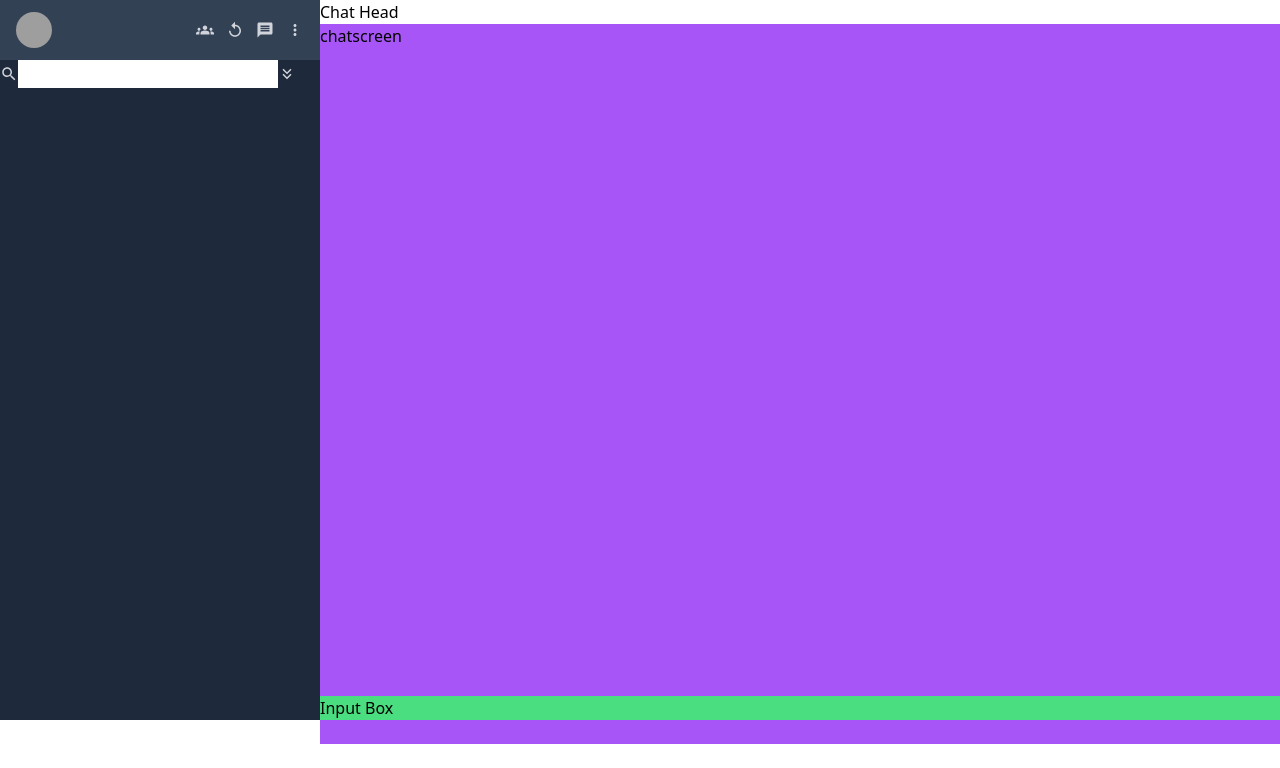
Repository: theanmol-raj/whatsapp
Page: /
These files come from the project's save history. The page is drawn as it stood at one moment and after the next save; the edit follows.
The browser window is 1280 px wide. The pictures show the whole page.
Pictures or frames that could not be fetched are drawn as grey boxes. The project was rebuilt for these pictures with package versions that can differ from the ones it lists, and the page was loaded fresh each time.

Above is the page before, as saved 2022-12-03 21:51:07.

### src/index.js
import React from 'react';
import ReactDOM from 'react-dom/client';
import './index.css';
import App from './App';






const root = ReactDOM.createRoot(document.getElementById('root'));

root.render(
  <App />
);

### src/App.js
import Homescreen from "./Screens/Homescreen";

function App() {

  return (
    <div className="h-screen w-screen bg-slate-900">
      <Homescreen />
      {/* LoginScreen */}
    </div>
  );
}

export default App;

### src/Screens/Homescreen.jsx
import React from 'react'
import ChatScreen from '../Components/ChatScreen'
import ContactList from '../Components/ContactList'

function Homescreen() {
  return (
    <div className=' w-full max-w-[95rem] grid grid-cols-4 h-screen bg-red-500 mx-auto'>
        {/* Contact List */}
            <ContactList />
        {/* Message Box */}
            <ChatScreen />

    </div>
  )
}

export default Homescreen

### src/Components/ChatScreen.jsx
import React from 'react'

function ChatScreen() {
  return (
    <div className=' bg-yellow-400 col-span-3 relative'>
        <div className=' w-full bg-white sticky top-0'>
                Chat Head
        </div>
        <div className=' h-full bg-purple-500'>
                chatscreen
        </div>
        <div className=' w-full sticky bottom-0 bg-green-400'>
                Input Box
        </div>
    </div>
  )
}

export default ChatScreen

### src/Components/ContactList.jsx
import React from 'react'
import GroupsIcon from '@mui/icons-material/Groups';
import ReplayIcon from '@mui/icons-material/Replay';
import MessageIcon from '@mui/icons-material/Message';
import MoreVertIcon from '@mui/icons-material/MoreVert';
import KeyboardDoubleArrowDownIcon from '@mui/icons-material/KeyboardDoubleArrowDown';
import SearchIcon from '@mui/icons-material/Search';


function ContactList() {
  return (
    <div className=' bg-slate-800'>
      <div className=' flex justify-between items-center p-3 px-4 bg-slate-700'>
        <img className=' rounded-full h-9 w-9' alt='' src="https://pps.whatsapp.net/v/t61.24694-24/158723607_419193396439292_5955373819812020282_n.jpg?stp=dst-jpg_s96x96&ccb=11-4&oh=01_AdRKjHR9ktMhs2HrAksQulr5trvWOTtpB53hlyDh0ZECbw&oe=63986EC2" />
        <div className=' flex text-gray-300 text-lg space-x-3'>
          <GroupsIcon fontSize='inherit' />
          <ReplayIcon fontSize='inherit' />
          <MessageIcon fontSize='inherit' />
          <MoreVertIcon fontSize='inherit' />
        </div>

      </div>
      <div className=' flex items-center text-gray-300 text-lg'>
        <div className='flex items-center'>
          <SearchIcon fontSize='inherit' />
          <input />
        </div>
        <KeyboardDoubleArrowDownIcon fontSize='inherit' />

      </div>

    </div>
  )
}

export default ContactList

Loaded but not shown: public/index.html (common file); src/index.css (common file); tailwind.config.js (common file)

After the next save:
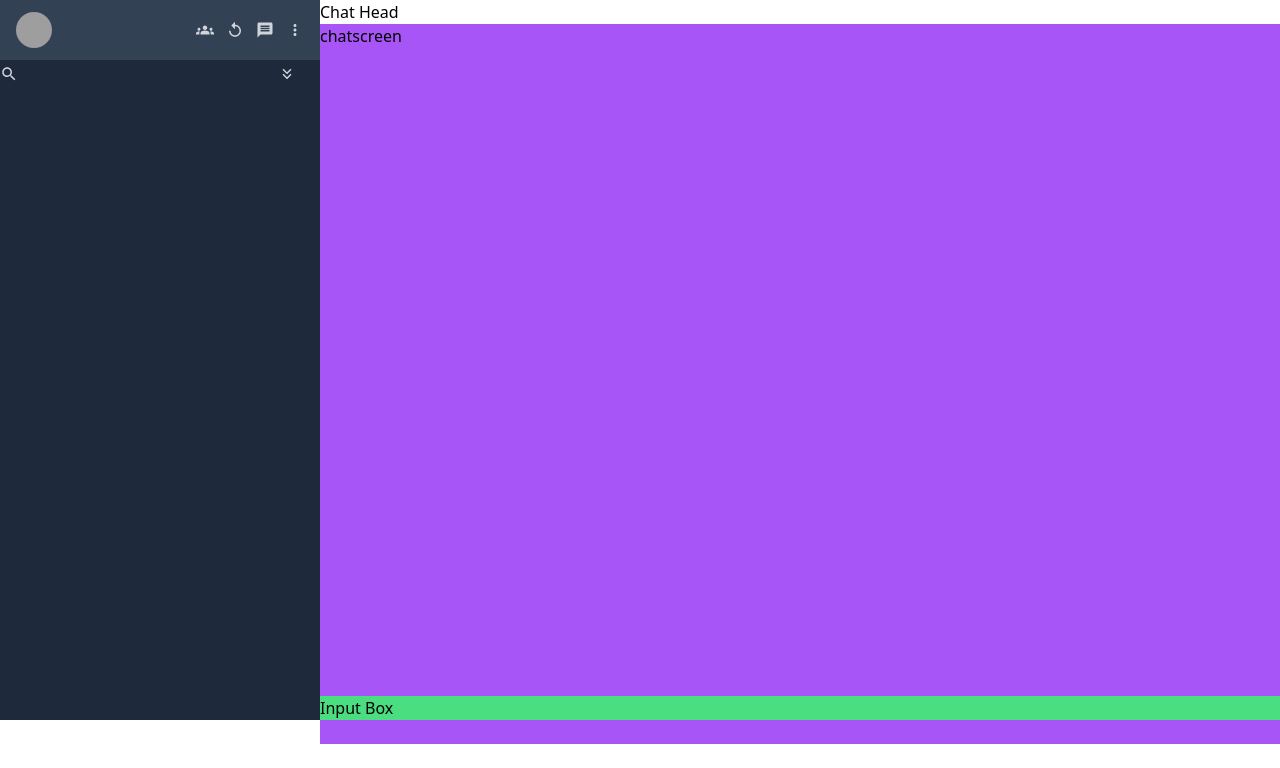
Saved 13 s later.
--- a/src/Components/ContactList.jsx
+++ b/src/Components/ContactList.jsx
@@ -23,7 +23,7 @@ function ContactList() {
       <div className=' flex items-center text-gray-300 text-lg'>
         <div className='flex items-center'>
           <SearchIcon fontSize='inherit' />
-          <input />
+          <input className=' bg-transparent' />
         </div>
         <KeyboardDoubleArrowDownIcon fontSize='inherit' />
 
